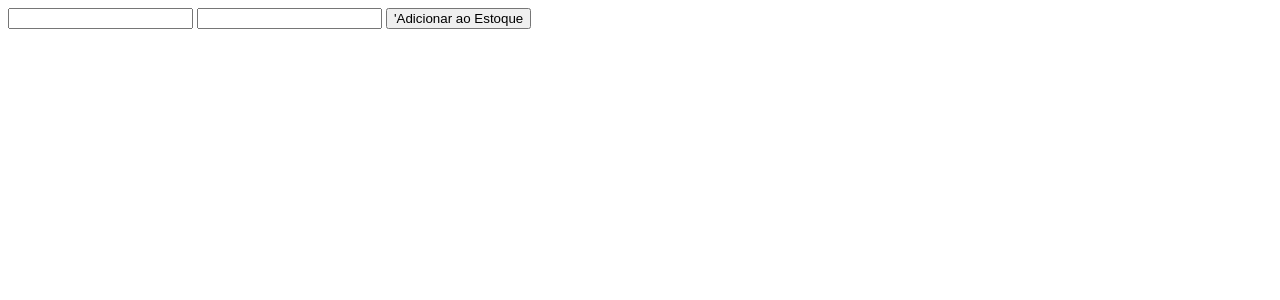
Repository: RenanBDaboit/AtividadeLocalStorage2
Page: .vscode/Módulo7/Q03/index.html
These files come from the project's save history. The page is drawn as it stood at one moment and after a run of saves; the edit follows.
The browser window is 1280 px wide. The pictures show the whole page.

Above is the page before, as saved 2026-10-22 16:18:46.

### .vscode/Módulo7/Q03/index.html
<!DOCTYPE html>
<html lang="en">
<head>
    <meta charset="UTF-8">
    <meta name="viewport" content="width=device-width, initial-scale=1.0">
    <title>Questão 3</title>
</head>
<body>
    <input id='nomeInsumo' type="text">
    <input id='qtdInsumo' type="number">
    <button id="btnForm">'Adicionar ao Estoque</button>

    <tbody id='tabelaEstoque'></tbody>

    <script src="app.js"></script>
</body>
</html>

### .vscode/Módulo7/Q03/app.js
const nomeInput = document.getElementById('nomeInsumo');
const qtdInput = document.getElementById('qtdInsumo');
const btnForm = document.getElementById('btnForm');
const tabelaEstoque = document.getElementById('tabelaEstoque');

btnForm.addEventListener('click', () => {
    const nome = nomeInput.value.trim();
    const qtd = qtdInput.value.trim();

    tabelaEstoque.innerHTML = `
        <tr>
            <td>${nome}</td>
            <td>${qtd}</td>
        </tr>
    `;
});

After the next 5 saves:
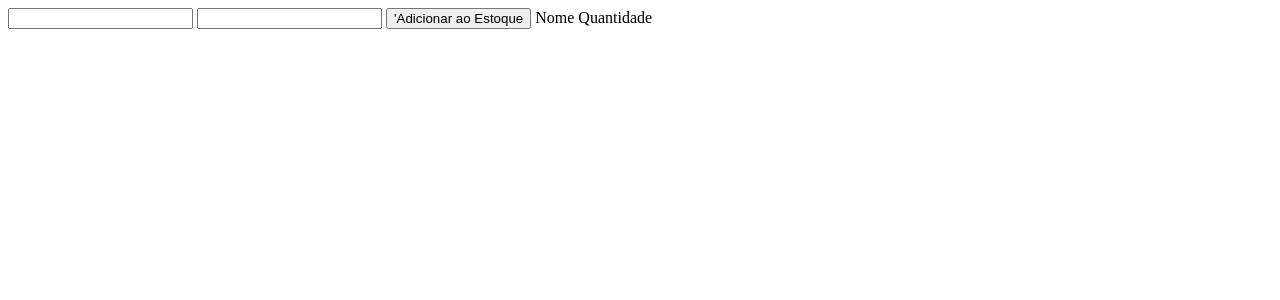
The 5 saves are shown as one change because they came seconds apart.
The last was saved 31 s later.
--- a/.vscode/Módulo7/Q03/index.html
+++ b/.vscode/Módulo7/Q03/index.html
@@ -10,7 +10,10 @@
     <input id='qtdInsumo' type="number">
     <button id="btnForm">'Adicionar ao Estoque</button>
 
-    <tbody id='tabelaEstoque'></tbody>
+    <tbody id='tabelaEstoque'>
+        <th>Nome</th>
+        <th>Quantidade</th>
+    </tbody>
 
     <script src="app.js"></script>
 </body>
